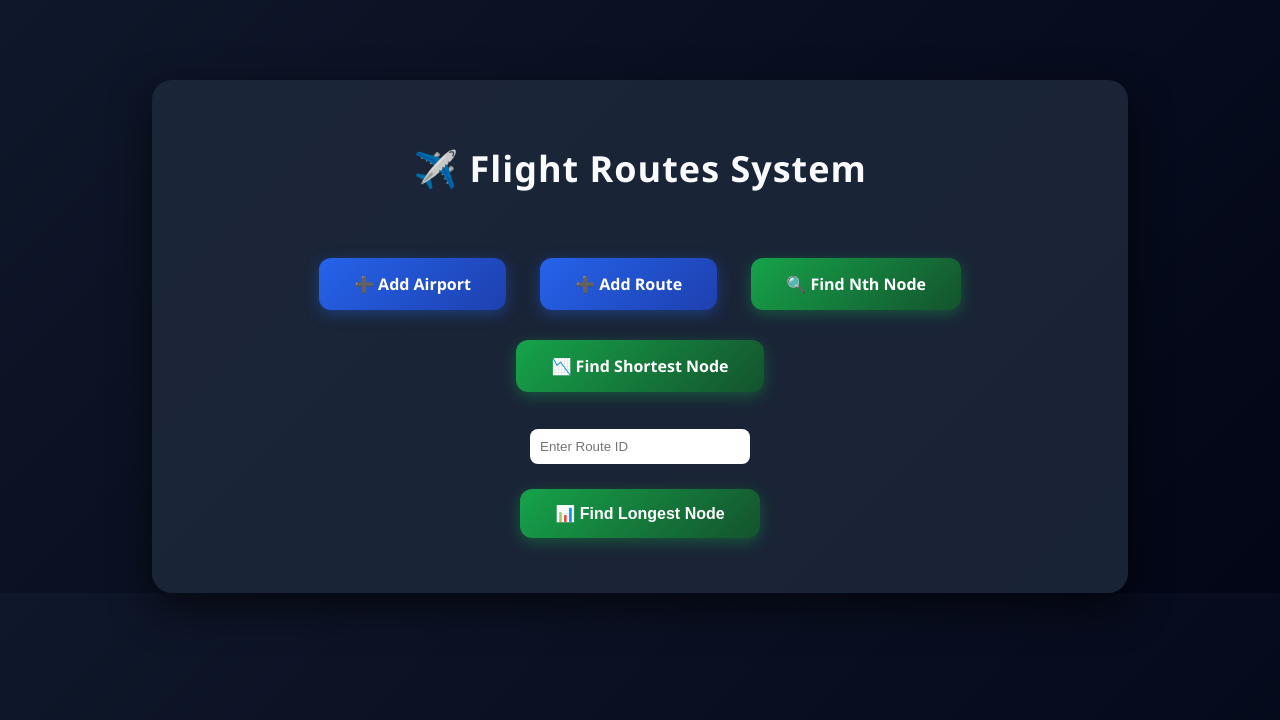
Repository: SNEHASURESH003/flight_system
Page: http://localhost/
These files come from the project's save history. The page is drawn as it stood at one moment and after the next save; the edit follows.
The browser window is 1280 px wide. The pictures show the whole page.
The page is served by the project's application, run on Django 5.2 (manage.py). Other server files are loaded and not shown.

Above is the page before, as saved 2026-01-19 23:12:01.

### airport/airport_route/templates/dashboard.html
<!DOCTYPE html>
<html lang="en">
<head>
    <title>Flight Routes Dashboard</title>
    <style>
        body {
            font-family: 'Segoe UI', Tahoma, Geneva, Verdana, sans-serif;
            background: linear-gradient(135deg, #0f172a, #020617);
            color: #e5e7eb;
            text-align: center;
            margin: 0;
            padding: 0;
        }

        .container {
            margin-top: 80px;
        }

        h1 {
            margin-bottom: 50px;
            font-size: 36px;
            color: #f8fafc;
            letter-spacing: 1px;
        }

        .btn {
            display: inline-block;
            margin: 15px;
            padding: 15px 35px;
            text-decoration: none;
            background: linear-gradient(135deg, #2563eb, #1e40af);
            color: white;
            border-radius: 12px;
            font-size: 16px;
            font-weight: 600;
            box-shadow: 0 4px 15px rgba(37, 99, 235, 0.4);
            transition: all 0.3s ease;
            border: none;
            cursor: pointer;
        }

        .btn:hover {
            transform: translateY(-4px);
            box-shadow: 0 8px 25px rgba(37, 99, 235, 0.6);
            background: linear-gradient(135deg, #1d4ed8, #1e3a8a);
        }

        .btn.secondary {
            background: linear-gradient(135deg, #16a34a, #14532d);
            box-shadow: 0 4px 15px rgba(22, 163, 74, 0.4);
        }

        .btn.secondary:hover {
            background: linear-gradient(135deg, #15803d, #052e16);
            box-shadow: 0 8px 25px rgba(22, 163, 74, 0.6);
        }

        .card {
            background: rgba(30, 41, 59, 0.85);
            width: 70%;
            margin: auto;
            padding: 40px;
            border-radius: 20px;
            box-shadow: 0 15px 40px rgba(0,0,0,0.6);
        }



    </style>
</head>
<body>

<div class="container">
    <div class="card">
        <h1>✈️ Flight Routes System</h1>

        <a href="{% url 'add_airport' %}" class="btn">➕ Add Airport</a>
        <a href="{% url 'add_route' %}" class="btn">➕ Add Route</a>
        <a href="{% url 'find_nth' %}" class="btn secondary">🔍 Find Nth Node</a>
        <a href="{% url 'shortest_between' %}" class="btn secondary">📉 Find Shortest Node</a>

        <br><br>

       <form action="{% url 'longest_node' 0 %}" method="get" onsubmit="this.action=this.action.replace('/0/', '/' + document.getElementById('route_id').value + '/');">
    <input type="number" id="route_id" placeholder="Enter Route ID" required
           style="padding:10px;border-radius:8px;border:none;margin-bottom:10px;width:200px;">
    <br>
    <button class="btn secondary" type="submit">📊 Find Longest Node</button>
</form>

    </div>


</div>

</body>
</html>

### airport/airport_route/views.py
from django.shortcuts import render
from .forms import RouteForm, AirportForm
from .models import Airport, Route
from .utils import nth_left_or_right_node, longest_node_on_duration, shortest_node_between_routes
from django.http import HttpResponse
from django.core.exceptions import ValidationError




def add_airport(request):
    if request.method == 'POST':
        form = AirportForm(request.POST)
        if form.is_valid():
            form.save()
            return HttpResponse("Airport added successfully.")
    else:
        form = AirportForm()
    return render(request, 'add_airport.html', {'form': form})

def add_route(request):
    if request.method == 'POST':
        form = RouteForm(request.POST)
        if form.is_valid():
            form.save()
            return HttpResponse("Route added successfully.")
    else:
        form = RouteForm()
    return render(request, 'route_form.html', {'form': form})


def find_nth_node(request):
    if request.method == 'POST':
        route_id = request.POST.get('route_id')
        n = int(request.POST.get('n'))
        direction = request.POST.get('direction')

        route = Route.objects.get(id=route_id)
        result = nth_left_or_right_node(route, n, direction)

        return HttpResponse(f"Nth {direction} Node: {result}")

    return render(request, 'find_nth_node.html')


def find_longest_node(request, route_id):
    route = Route.objects.get(id=route_id)
    longest_left = longest_node_on_duration(route, 'left')
    longest_right = longest_node_on_duration(route, 'right')

    return HttpResponse(
        f"Longest Left Node: {longest_left}<br>"
        f"Longest Right Node: {longest_right}"
    )

def find_shortest_between(request):
    if request.method == 'POST':
        route1_id = request.POST.get('route1_id')
        route2_id = request.POST.get('route2_id')

        route1 = Route.objects.get(id=route1_id)
        route2 = Route.objects.get(id=route2_id)

        result = shortest_node_between_routes(route1, route2)

        return HttpResponse(f"Shortest Node Between Routes: {result}")

    return render(request, 'shortest_between.html')



def dashboard(request):
    return render(request, 'dashboard.html')

### airport/airport/urls.py
"""
URL configuration for airport project.

The `urlpatterns` list routes URLs to views. For more information please see:
    https://docs.djangoproject.com/en/5.2/topics/http/urls/
Examples:
Function views
    1. Add an import:  from my_app import views
    2. Add a URL to urlpatterns:  path('', views.home, name='home')
Class-based views
    1. Add an import:  from other_app.views import Home
    2. Add a URL to urlpatterns:  path('', Home.as_view(), name='home')
Including another URLconf
    1. Import the include() function: from django.urls import include, path
    2. Add a URL to urlpatterns:  path('blog/', include('blog.urls'))
"""
from django.contrib import admin
from django.urls import path
from django.urls import include

urlpatterns = [
    path('admin/', admin.site.urls),
    path('', include('airport_route.urls')),
]

### airport/airport_route/urls.py
from .models import Route
from django.urls import path
from .views import add_airport, add_route, dashboard, find_nth_node, find_longest_node, find_shortest_between
urlpatterns = [
   path('airports/add/', add_airport, name='add_airport'),
    path('routes/add/', add_route, name='add_route'),

    path('routes/find-nth/', find_nth_node, name='find_nth'),
     path('routes/longest-node/<int:route_id>/', find_longest_node, name='longest_node'),
    path('routes/shortest/', find_shortest_between, name='shortest_between'),
     path('', dashboard, name='dashboard'),
]

After the next save:
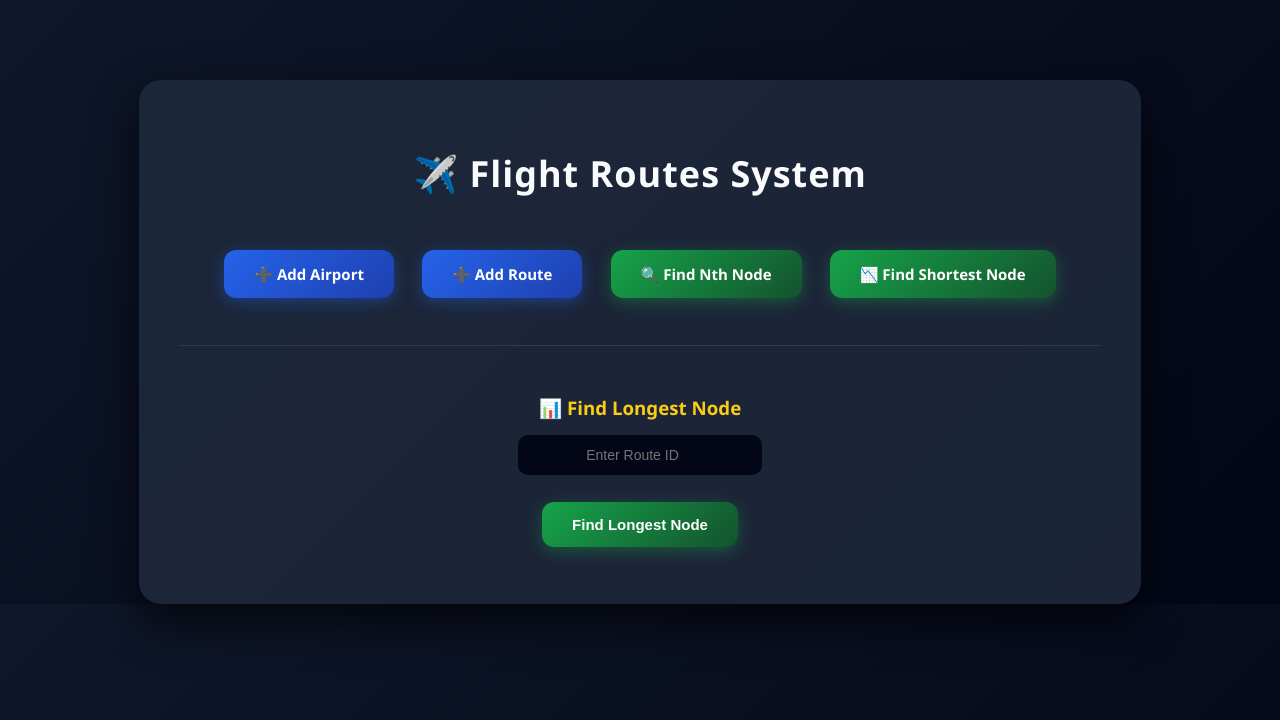
Saved 95 s later.
--- a/airport/airport_route/templates/dashboard.html
+++ b/airport/airport_route/templates/dashboard.html
@@ -17,7 +17,7 @@
         }
 
         h1 {
-            margin-bottom: 50px;
+            margin-bottom: 40px;
             font-size: 36px;
             color: #f8fafc;
             letter-spacing: 1px;
@@ -25,13 +25,13 @@
 
         .btn {
             display: inline-block;
-            margin: 15px;
-            padding: 15px 35px;
+            margin: 12px;
+            padding: 14px 30px;
             text-decoration: none;
             background: linear-gradient(135deg, #2563eb, #1e40af);
             color: white;
             border-radius: 12px;
-            font-size: 16px;
+            font-size: 15px;
             font-weight: 600;
             box-shadow: 0 4px 15px rgba(37, 99, 235, 0.4);
             transition: all 0.3s ease;
@@ -40,7 +40,7 @@
         }
 
         .btn:hover {
-            transform: translateY(-4px);
+            transform: translateY(-3px);
             box-shadow: 0 8px 25px rgba(37, 99, 235, 0.6);
             background: linear-gradient(135deg, #1d4ed8, #1e3a8a);
         }
@@ -56,15 +56,46 @@
         }
 
         .card {
-            background: rgba(30, 41, 59, 0.85);
-            width: 70%;
+            background: rgba(30, 41, 59, 0.9);
+            width: 72%;
             margin: auto;
-            padding: 40px;
-            border-radius: 20px;
-            box-shadow: 0 15px 40px rgba(0,0,0,0.6);
+            padding: 45px 40px;
+            border-radius: 22px;
+            box-shadow: 0 18px 45px rgba(0,0,0,0.7);
         }
 
+        .longest-form {
+            margin-top: 35px;
+            padding-top: 30px;
+            border-top: 1px solid rgba(255,255,255,0.1);
+        }
 
+        .longest-form h3 {
+            margin-bottom: 15px;
+            color: #facc15;
+            font-weight: 600;
+        }
+
+        .input-group {
+            margin-bottom: 15px;
+        }
+
+        .route-input {
+            padding: 12px;
+            border-radius: 10px;
+            border: none;
+            width: 220px;
+            background-color: #020617;
+            color: #f8fafc;
+            outline: none;
+            font-size: 14px;
+            text-align: center;
+        }
+
+        .route-input:focus {
+            border: 1px solid #facc15;
+            box-shadow: 0 0 8px rgba(250, 204, 21, 0.7);
+        }
 
     </style>
 </head>
@@ -79,18 +110,21 @@
         <a href="{% url 'find_nth' %}" class="btn secondary">🔍 Find Nth Node</a>
         <a href="{% url 'shortest_between' %}" class="btn secondary">📉 Find Shortest Node</a>
 
-        <br><br>
+        <div class="longest-form">
+            <h3>📊 Find Longest Node</h3>
 
-       <form action="{% url 'longest_node' 0 %}" method="get" onsubmit="this.action=this.action.replace('/0/', '/' + document.getElementById('route_id').value + '/');">
-    <input type="number" id="route_id" placeholder="Enter Route ID" required
-           style="padding:10px;border-radius:8px;border:none;margin-bottom:10px;width:200px;">
-    <br>
-    <button class="btn secondary" type="submit">📊 Find Longest Node</button>
-</form>
+            <form action="{% url 'longest_node' 0 %}" method="get"
+                  onsubmit="this.action=this.action.replace('/0/', '/' + document.getElementById('route_id').value + '/');">
+
+                <div class="input-group">
+                    <input type="number" id="route_id" class="route-input" placeholder="Enter Route ID" required>
+                </div>
+
+                <button class="btn secondary" type="submit">Find Longest Node</button>
+            </form>
+        </div>
 
     </div>
-
-
 </div>
 
 </body>
